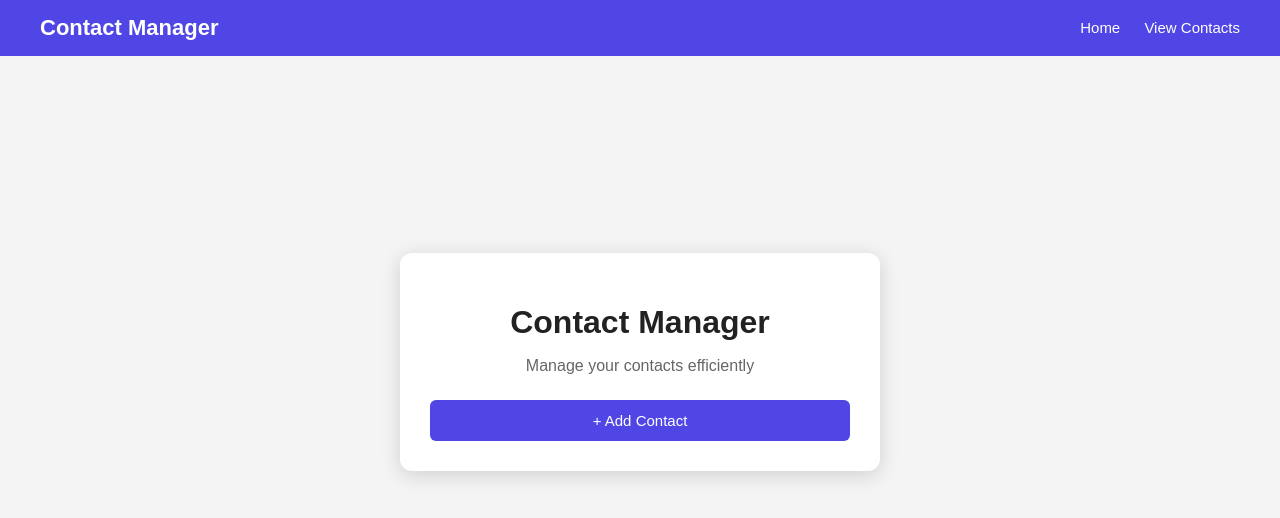
Repository: Slyadavkir/wipro-projects
Page: http://localhost/ContactManager/contacts.jsp
These files come from the project's save history. The page is drawn as it stood at one moment and after the next save; the edit follows.
The browser window is 1280 px wide. The pictures show the whole page.
The page is served by Tomcat 9.

Above is the page before, as saved 2026-05-10 12:13:00.

After the next save:
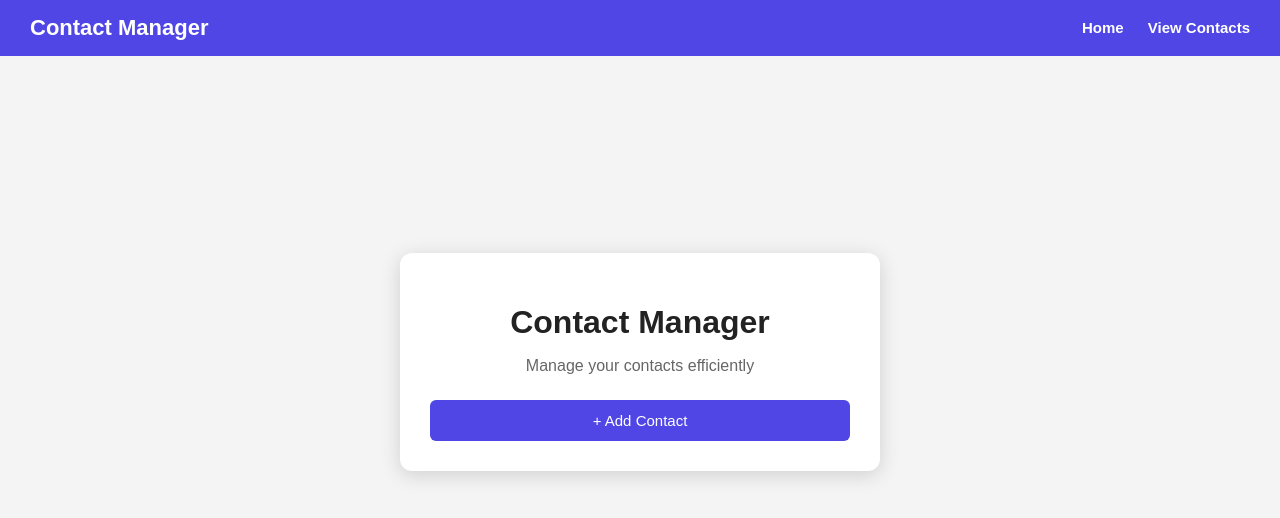
Saved 41 s later.
--- a/ContactManager/src/main/webapp/contacts.jsp
+++ b/ContactManager/src/main/webapp/contacts.jsp
@@ -113,6 +113,30 @@
         .save-btn:hover{
             background:#3730a3;
         }
+        .navbar{
+    background:#4f46e5;
+    padding:15px 30px;
+    display:flex;
+    justify-content:space-between;
+    align-items:center;
+}
+
+.logo{
+    color:white;
+    font-size:22px;
+    font-weight:bold;
+}
+
+.nav-links a{
+    color:white;
+    text-decoration:none;
+    margin-left:20px;
+    font-weight:bold;
+}
+
+.nav-links a:hover{
+    text-decoration:underline;
+}
 
     </style>
 
